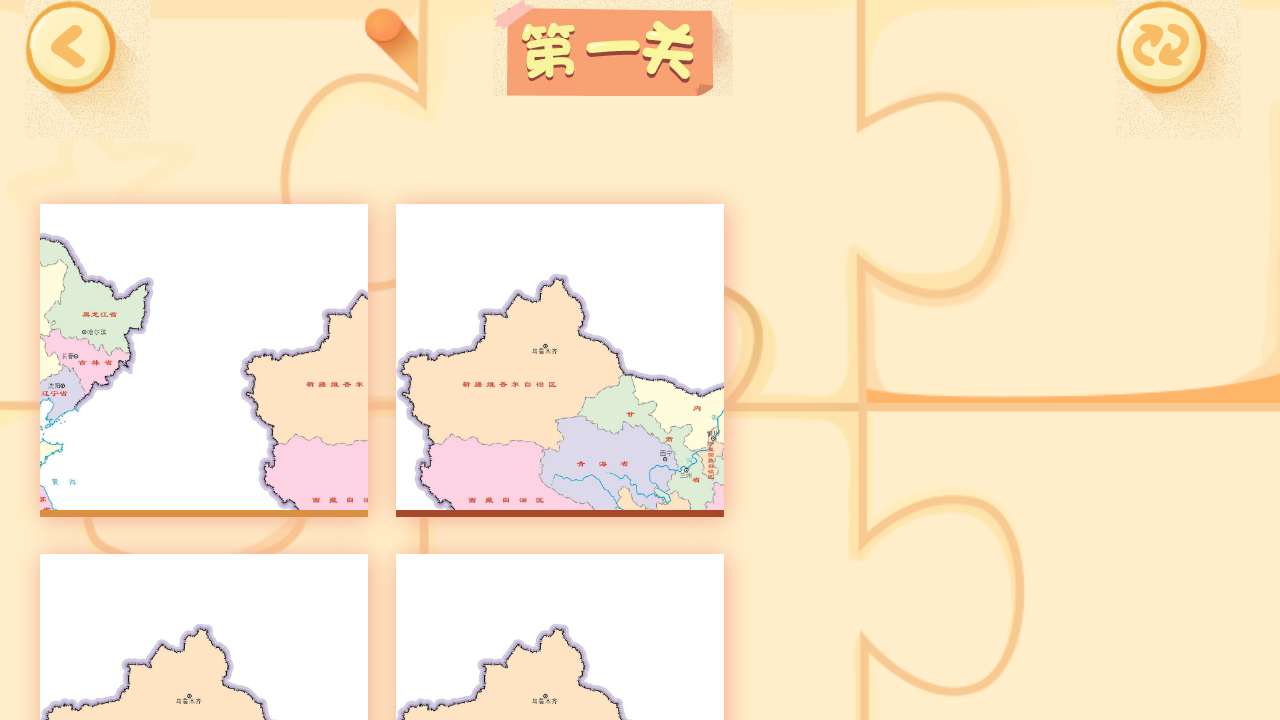
Repository: RedrockTeam/China-map-puzzle
Page: /#/choose/first
The author's editor kept a copy of each file at every save. The page is drawn from the files as they stood at one save, then again after the next save.
The browser window is 1280 px wide. The pictures show the whole page.
Some web fonts or font styles are not loaded; a fallback is used. The project was rebuilt for these pictures with package versions that can differ from the ones it lists, and the page was loaded fresh each time. Also part of the build but not shown: vue.config.js, src/network/request.js, src/views/home.vue, src/views/choose.vue, src/views/pass.vue, src/components/dialog.vue. Imported but missing from the stored project, and not drawn on this page: src/views/rankList1, src/views/rankList2, src/views/rankList3, src/views/rankList4.

Above is the page before, as saved 2019-09-24 19:26:44.

After the next save:
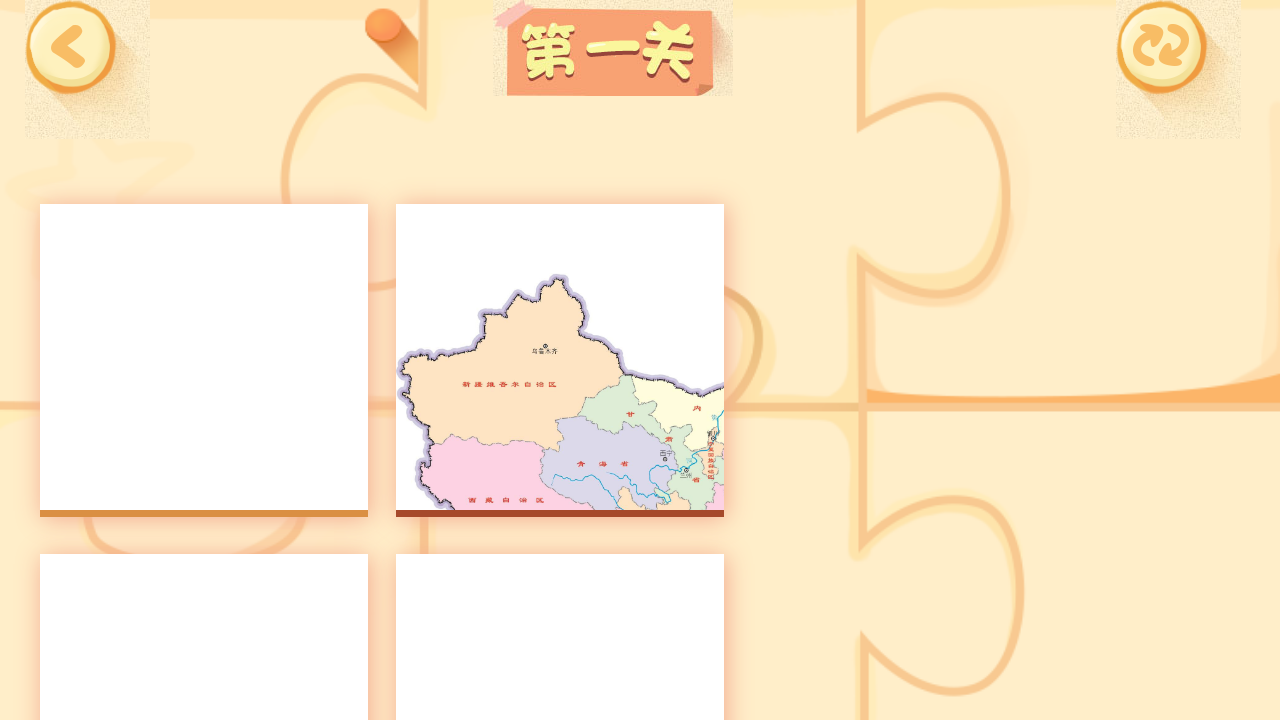
Saved 9 s later.
--- a/src/views/first.vue
+++ b/src/views/first.vue
@@ -106,7 +106,6 @@ export default {};
       margin: 14px 14px 0 14px;
       border-bottom: 7px solid #a6492b;
       background: url("../assets/img/button/map.jpg");
-      background-size: 200%;
     }
     .first {
       background-position-x: 200px;
